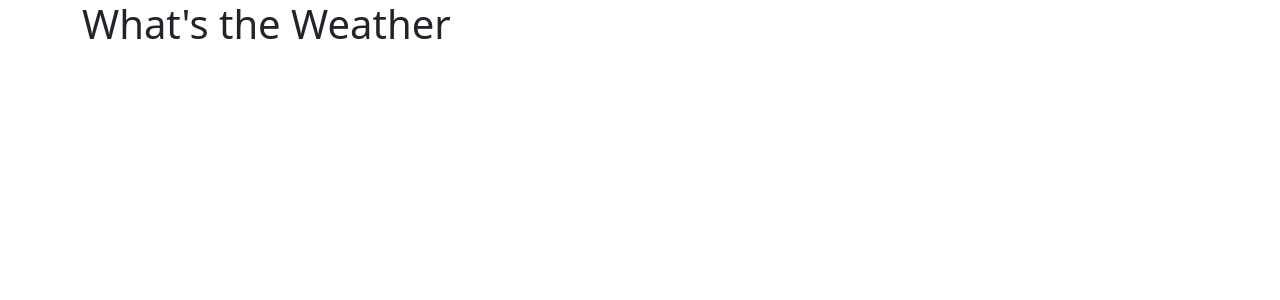
Repository: shanu4182/phpprojectgh
Page: http://localhost/ws.php
An editor plug-in stored every save of this project. The page is shown before and after a run of saves, followed by the edit.
The browser window is 1280 px wide. The pictures show the whole page.
The page is run by PHP 8.4 with error messages shown; the project is at /var/www/html/.

Above is the page before, as saved 2022-12-15 15:21:30.

### ws.php
<!DOCTYPE html>
<html lang="en">
<head>
    <meta charset="UTF-8">
    <meta http-equiv="X-UA-Compatible" content="IE=edge">
    <meta name="viewport" content="width=device-width, initial-scale=1.0">
    <title>Weather Scraper</title>
    <link href="https://cdn.jsdelivr.net/npm/bootstrap@5.1.3/dist/css/bootstrap.min.css"
              rel="stylesheet"
              integrity="sha384-1BmE4kWBq78iYhFldvKuhfTAU6auU8tT94WrHftjDbrCEXSU1oBoqyl2QvZ6jIW3"
              crossorigin="anonymous">
</head>
<body>
    <div class="container">
 <h1>What's the Weather</h1>
 <form>
    <fieldset class="form-group">
        <label form="city"
 </form>



    </div>
</body>
</html>

After the next 4 saves:
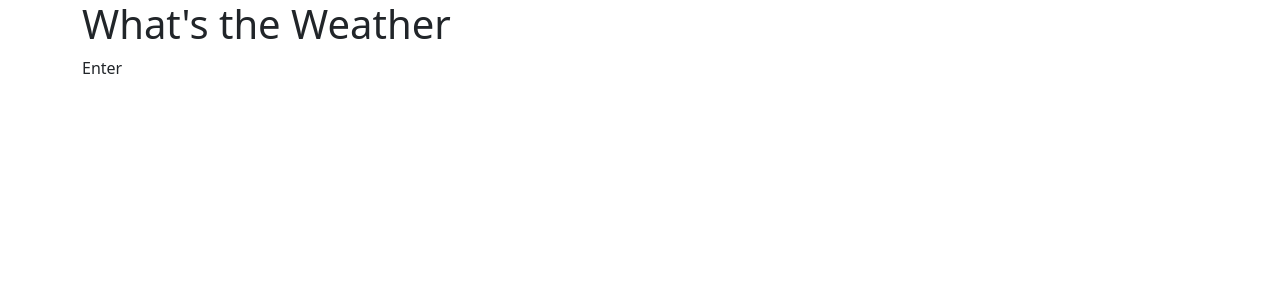
The 4 saves are shown as one change because they came seconds apart.
The last was saved 12 s later.
--- a/ws.php
+++ b/ws.php
@@ -15,7 +15,7 @@
  <h1>What's the Weather</h1>
  <form>
     <fieldset class="form-group">
-        <label form="city"
+        <label form="city">Enter</label>
  </form>
 
 
